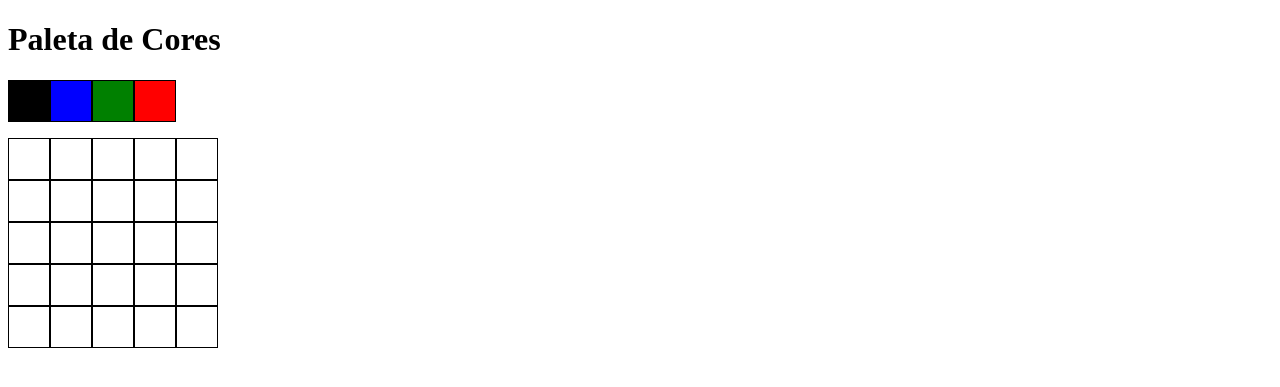
Repository: MuriloColleti/project-Pixer-Art
Page: index.html
These files come from the project's save history. The page is drawn as it stood at one moment and after the next save; the edit follows.
The browser window is 1280 px wide. The pictures show the whole page.

Above is the page before, as saved 2024-02-06 15:37:36.

### index.html
<!DOCTYPE html>
<html lang="en">
<head>
    <meta charset="UTF-8">
    <meta name="viewport" content="width=device-width, initial-scale=1.0">
    <link rel="stylesheet" href="style.css">
    <title>Paleta de Cores</title>
</head>

<body>
    <header> <h1 id="title"> Paleta de Cores </h1> </header>

<div id="pallet-container">
    <div class="square black color"></div>
    <div class="square blue color"></div>
    <div class="square green color"></div>
    <div class="square red color"></div>
</div>
    <main id="pixel-board"></main>

</body>

<script src="script.js"></script>

</html>

### style.css
.black{
    background-color: black;
}

.blue{
    background-color: blue;
}

.red{
    background-color: red;
}

.green{
    background-color: green;
}

.square{
    width: 40px;
    height: 40px;
    border: 1px solid black;
}

#pallet-container{
    display: flex;
    margin-bottom: 1rem;
}

.pixel{
    width: 40px;
    height: 40px;
    border: 1px solid black;
    display: flex;
}

#pixel-board{

    display: flex;
    flex-direction: column;
    justify-content: center;

}

.line{
    display: flex;
}

### script.js
const pixeltable = document.getElementById('pixel-board');
const colorPallet = document.getElementById('pallet-container')
let currentColor = 'black';


for (linha = 0; linha < 5; linha += 1) {

    var newLine = document.createElement('div')
    newLine.classList.add('line')
    pixeltable.appendChild(newLine);

    for (pixel = 0; pixel < 5; pixel += 1) {
        var newPixel = document.createElement('div')
        newPixel.classList.add('pixel')
        newPixel.addEventListener('click', paintpixel);
        newLine.appendChild(newPixel)
    }
}

colorPallet.addEventListener('click', function(event){
    if(event.target.classList.contains('color')){
        currentColor = event.target.style.backgroundColor;
    }
})

function paintpixel() {
    this.style.backgroundColor = currentColor;
}

After the next save:
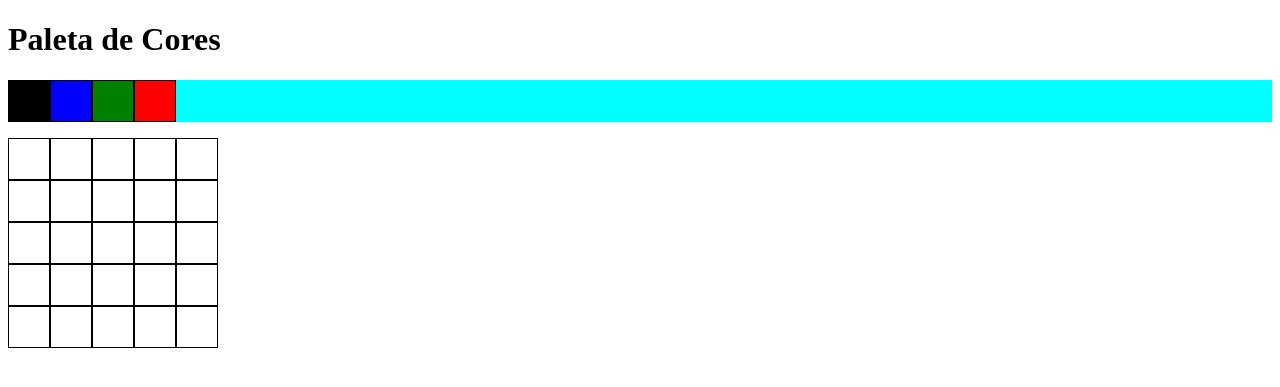
Saved 19 min 51 s later.
--- a/style.css
+++ b/style.css
@@ -23,6 +23,7 @@
 #pallet-container{
     display: flex;
     margin-bottom: 1rem;
+    background-color: aqua;
 }
 
 .pixel{

After the save that followed:
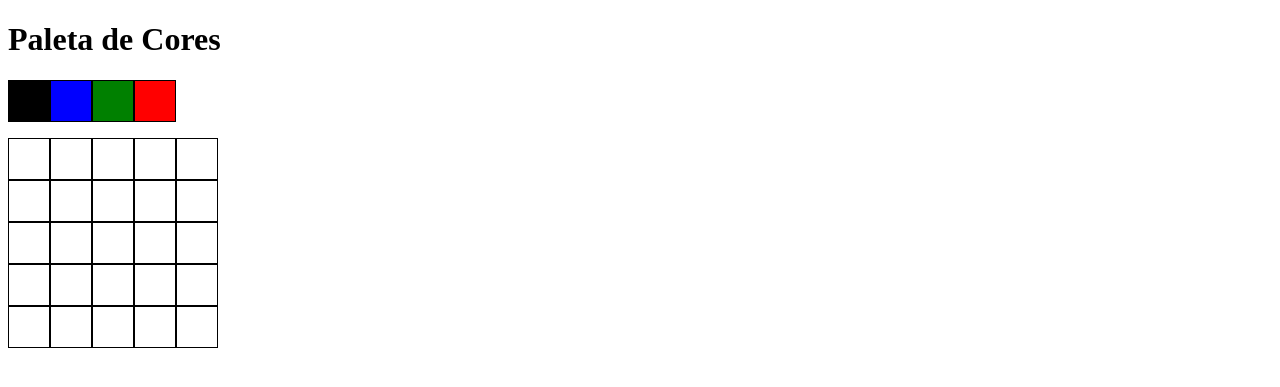
Saved 20 s later.
--- a/style.css
+++ b/style.css
@@ -23,7 +23,6 @@
 #pallet-container{
     display: flex;
     margin-bottom: 1rem;
-    background-color: aqua;
 }
 
 .pixel{
